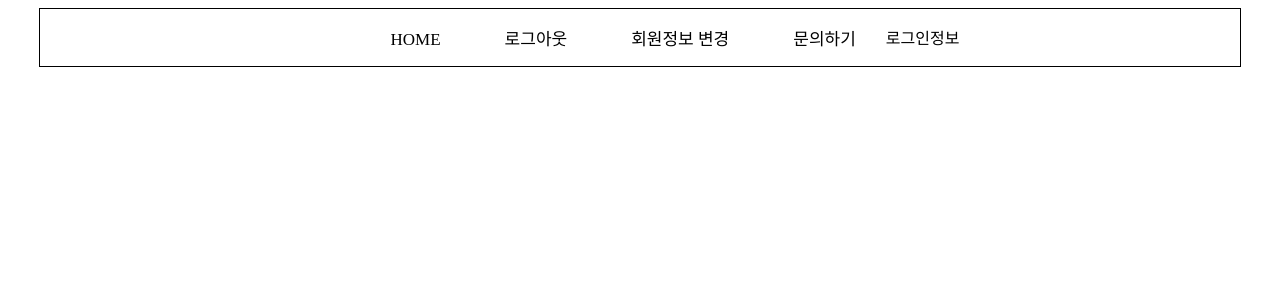
Repository: ceooyh/JSP
Page: http://localhost/memberProject/template/header2.jsp
These files come from the project's save history. The page is drawn as it stood at one moment and after a run of saves; the edit follows.
The browser window is 1280 px wide. The pictures show the whole page.
The page is served by Tomcat 9.

Above is the page before, as saved 2020-12-30 07:50:28.

After the next 2 saves:
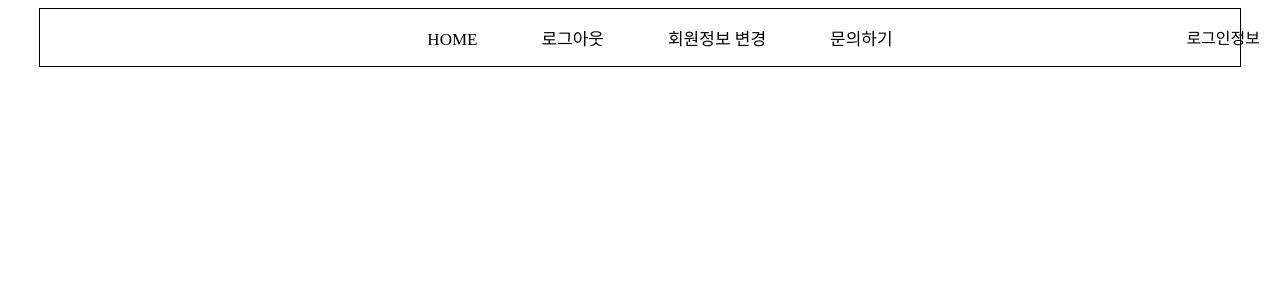
The 2 saves are shown as one change because they came seconds apart.
The last was saved 18 s later.
--- a/memberProject/WebContent/template/header2.jsp
+++ b/memberProject/WebContent/template/header2.jsp
@@ -23,7 +23,8 @@
 		padding: 20px 30px;
 	}
 	ul>li:last-child {
-		float: right;
+		position: absolute;
+		right: 20px;
 	}
 </style>
 <nav id="menu_bar">
